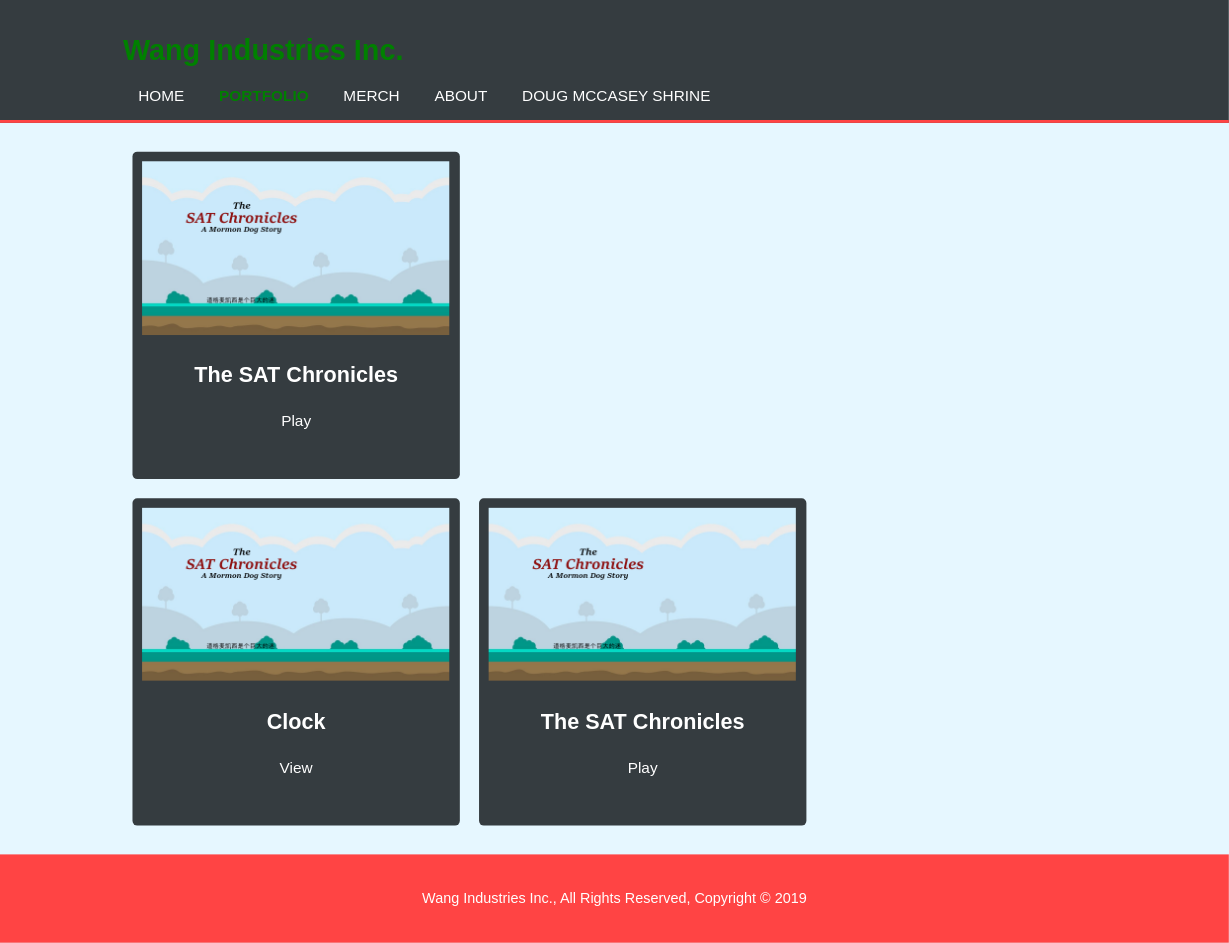
Repository: albert031/albert031.github.io
Page: portfolio.html
The author's editor kept a record of every edit. The page is drawn from the files as they stood at one moment, then again after the next edit.
The browser window is 1280 px wide. The pictures show the whole page, at 96% of full size.

Above is the page before.

### portfolio.html
<!DOCTYPE html>
<html>
    <head>
        <title>Albert's Website | Portfolio</title>
        <link rel=icon href=https://thewolfpacket.org/wp-content/uploads/2018/01/VP-675x900.jpg type=image/jpg?>
        <meta name=viewport content=width=device-width>
        <link rel=stylesheet type=text/css href=./css/style.css>
    </head>

    <body>
        <header>
            <div class=container>
                <div id=branding>
                    <h1 class=highlight>Wang Industries Inc.</h1>
                </div>
            </div>
            <nav>
                <div class=dropdown>
                    <button class=dropbtn><a href=index.html>Home</a></button>
                </div>
                <div class=dropdown>
                    <button class="dropbtn current"><a href=portfolio.html>Portfolio</a></button>
                    <div class=dropdown-content>
                        <a href=./projects/thesatchronicles.html>The SAT Chronicles</a>
                    </div>
                </div>
                <div class=dropdown>
                    <button class=dropbtn><a href=merch.html>Merch</a></button>
                    <div class=dropdown-content>
                        <a href="#">Dagu makkeishī Ramen Noodles™</a>
                        <a href="#">Dagu makkeishī ChopSticks™</a>
                        <a href="#">Dagu makkeishī Premium Soysauce Ultra Mega Doug Size™</a>
                    </div>
                </div>
                <div class=dropdown>
                    <button class=dropbtn><a href=about.html>About</a></button>
                </div>
                <div class=dropdown>
                    <button class=dropbtn><a href=dougshrine.html>Doug McCasey Shrine</a></button>
                    <div class=dropdown-content>
                        <a href=dougthethug.html>Doug the Thug</a>
                    </div>
                </div>
            </nav>
        </header>

        <section id=boxes>
            <div class=container>
                <div class=project>
                    <a href=./projects/thesatchronicles.html><img src=./imgsatchronicles/startscreen.png></a>
                    <h1>The SAT Chronicles</h1>
                    <a href=./projects/thesatchronicles.html>Play</a>
                </div>
            </div>
            <div class=container>
                <div class=project>
                    <a href=./projects/clock.html><img src=./imgsatchronicles/startscreen.png></a>
                    <h1>Clock</h1>
                    <a href=./projects/clock.html>View</a>
                </div>

                <div class=project>
                    <a href=./projects/thesatchronicles.html><img src=./imgsatchronicles/startscreen.png></a>
                    <h1>The SAT Chronicles</h1>
                    <a href=./projects/thesatchronicles.html>Play</a>
                </div>
            </div>
        </section>
        <footer>
            <p>Wang Industries Inc., All Rights Reserved, Copyright &copy 2019</p>
        </footer>
    </body>
</html>

### css/style.css
/*CSS Style Sheet */

body{
    font-family:Arial, Helvetica, sans-serif;
    font-size:15px;
    line-height:1.5;
    padding:0;
    margin:0;
    background-color:#e6f7ff;
}

/* Global */
.container{
    width:80%;
    margin:auto;
    overflow:hidden;
}

ul {
    margin:0;
    padding:0;
}

.button_1{
    height:38px;
    background:#ff4444;
    border:0;
    padding-left:20px;
    padding-right:20px;
    color:#ffffff;
}

@keyframes rainbow{
    0% {color:red;}
    17% {color:orange;}
    34% {color:yellow;}
    50% {color:green;}
    67% {color:blue;}
    84% {color:indigo;}
    100% {color:violet;}
}

/* Header */
header{
    background:#353c40;
    color:#ffffff;
    padding-top:30px;
    min-height:70px;
    border-bottom: #ff4444 3px solid;
    list-style:none;
}

header a{
    text-decoration:none;
    text-transform:uppercase;
    color:#ffffff;
}

header nav{
    width:80%;
    margin:auto;
}

.dropbtn {
  background-color: transparent;
  outline:none;
  padding: 16px;
  font-size: 16px;
  border: none;
}

/* The container <div> - needed to position the dropdown content */
.dropdown {
  position: relative;
  display: inline-block;
}

/* Dropdown Content (Hidden by Default) */
.dropdown-content {
  display: none;
  position: absolute;
  background-color: #f1f1f1;
  min-width: 160px;
  box-shadow: 0px 8px 16px 0px rgba(0,0,0,0.2);
  z-index: 1;
}

/* Links inside the dropdown */
.dropdown-content a{
  color: black;
  padding: 12px 16px;
  text-decoration: none;
  display: block;
}

/* Change color of dropdown links on hover */
.dropdown-content a:hover {
    background-color: #ddd;
}

/* Show the dropdown menu on hover */
.dropdown:hover .dropdown-content {
    display: block;
}

header #branding{
    float:left;
}

header #branding h1{
    margin:0;
}

header .highlight, header .current a{
    animation:rainbow 2s linear infinite alternate;
    font-weight:bold;
}

header a:hover{
    color:#ff0000;
    font-weight:bold;
}

/* Showcase */
#showcase{
    min-height:400px;
    background-image:url(../img/ramenpic.jpg);
    background-position:center center;
    background-repeat:no-repeat;
    text-align:center;
    color:#000000;
}

#showcase h1{
    margin-top:100px;
    font-size:55px;
    margin-bottom:10px;
}

#showcase p{
    font-size:20px;
}

#order{
    padding:15px;
    color:#ffffff;
    background:#353c40;
}

/* Order */
#order h1{
    float:left;
}

#order form{
    float:right;
    margin-top:15px;
}

#order input[type=name]{
    padding:4px;
    height:25px;
    width:250px;
}

/* Boxes */
#boxes{
    margin-top:20px;
}

#boxes .box{
    float:left;
    text-align:center;
    width:30%;
    padding:10px;
}

#boxes .box img{
    width:150px;
}

/* Main-col */
article#main-col{
    float:left;
    width:65%;
}

footer{
    padding:20px;
    margin-top:20px;
    color:#ffffff;
    background-color:#ff4444;
    text-align:center;
}

/* Boxes around each project */
.project{
	background-color: #353c40;
	font-size: 100%;
	padding: 1%;
	width: 320px;
	height: 320px;
	float: left;
	text-align:center;
	border-radius: 5px;
	margin:1%;
}

.project a{
	color:#ffffff;
	text-decoration: none;
	font-size: 16px;
}

.project h1{
    color:#ffffff;
}

.project iframe{
    width:100%;
}

.project img{
    width:100%;
}

.project a:hover{
    color:#ff0000;
    font-weight:bold;
}

/* Game aligning */
#canvas{
    padding-left: 0;
    padding-right: 0;
    margin-left: auto;
    margin-right: auto;
    display:block;

}
/* Media Queries */
@media(max-width:768px){
    header #branding,
    header nav,
    header nav li,
    #order h1,
    #order form,
    #boxes .box{
        float:none;
        text-align:center;
        width:100%;
        }

    header{
        padding-bottom:20px;
    }

    #showcase h1{
        margin-top:40px;
    }

    #order button{
        display:block;
        width:100%;
    }

    #order form input[type=name]{
        width:100%;
        margin-bottom:5px
    }
}

After the next edit:
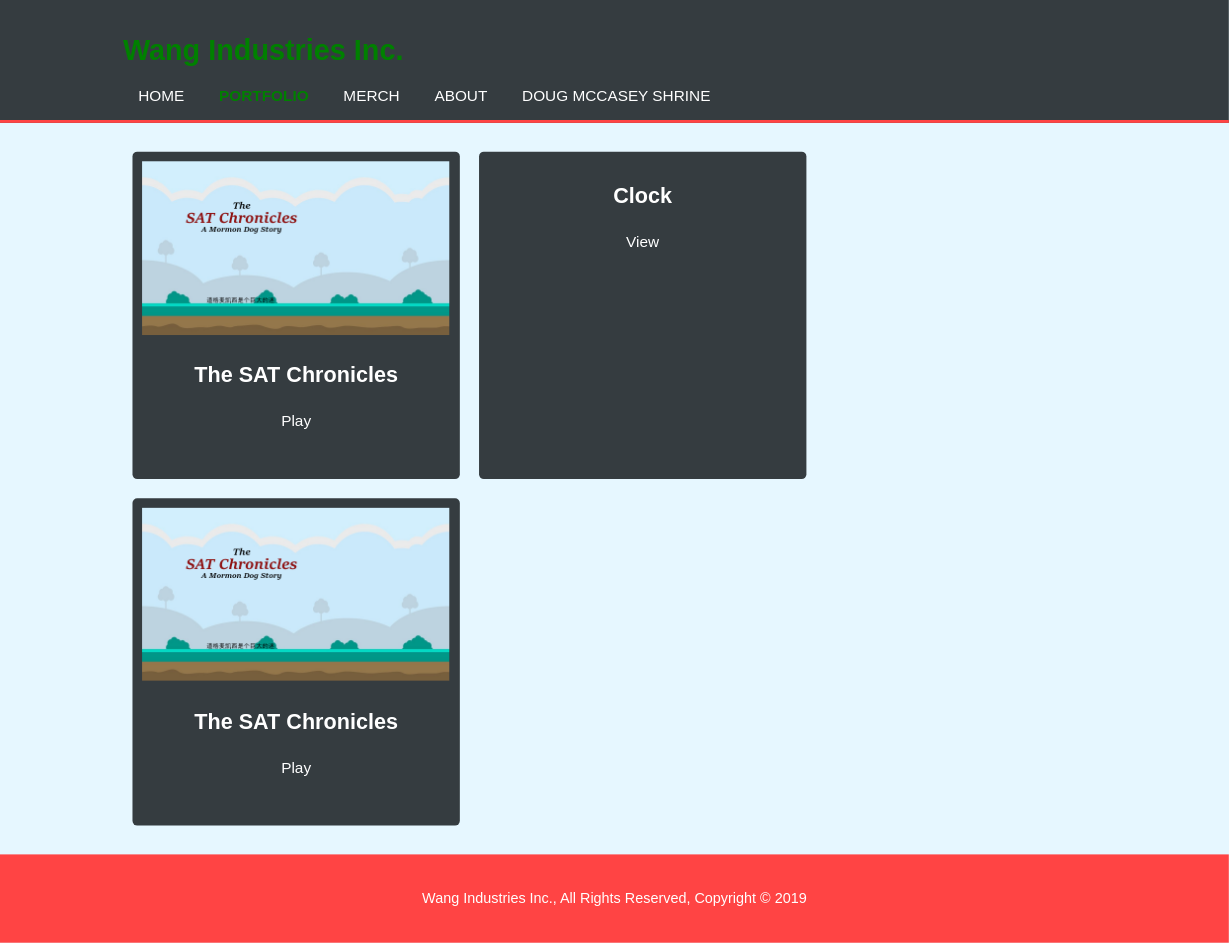
The edit:
--- a/portfolio.html
+++ b/portfolio.html
@@ -51,10 +51,9 @@
                     <h1>The SAT Chronicles</h1>
                     <a href=./projects/thesatchronicles.html>Play</a>
                 </div>
-            </div>
-            <div class=container>
+
                 <div class=project>
-                    <a href=./projects/clock.html><img src=./imgsatchronicles/startscreen.png></a>
+                    <a href=./projects/clock.html></a>
                     <h1>Clock</h1>
                     <a href=./projects/clock.html>View</a>
                 </div>
